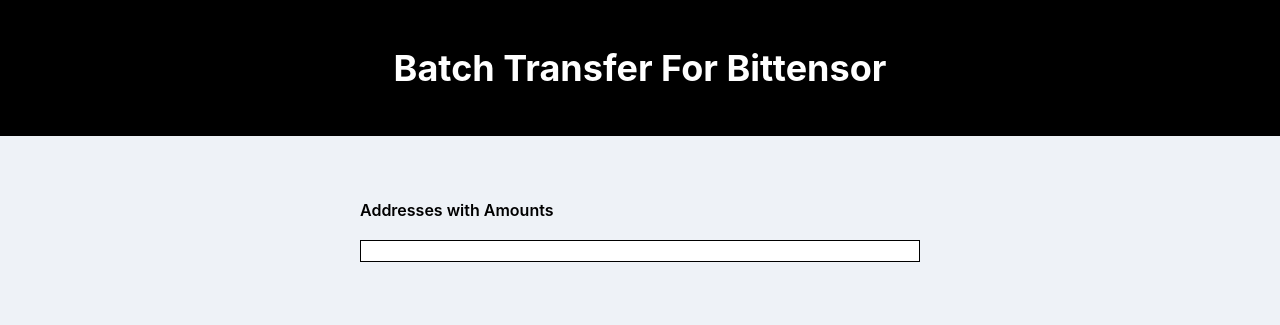
Repository: Dawid-Ace/batch_transfer_tao_master_ui
Page: /
The author's editor kept a copy of each file at every save. The page is drawn from the files as they stood at one save, then again after the next save.
The browser window is 1280 px wide. The pictures show the whole page.
The project was rebuilt for these pictures with package versions that can differ from the ones it lists, and the page was loaded fresh each time.

Above is the page before, as saved 2023-05-10 03:33:47.

After the next save:
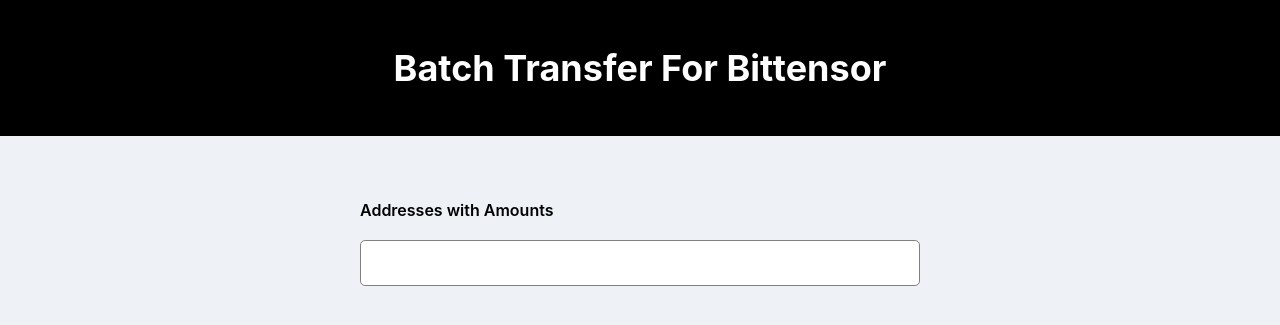
Saved 2 min 5 s later.
--- a/src/components/TransferForm/index.jsx
+++ b/src/components/TransferForm/index.jsx
@@ -96,7 +96,9 @@
   `;
 
   const FormInput = styled.div`
-    border: solid 1px;
+    border: solid 1px gray;
+    border-radius: 5px;
+    padding: 12px;
     background-color: white
 
   `
